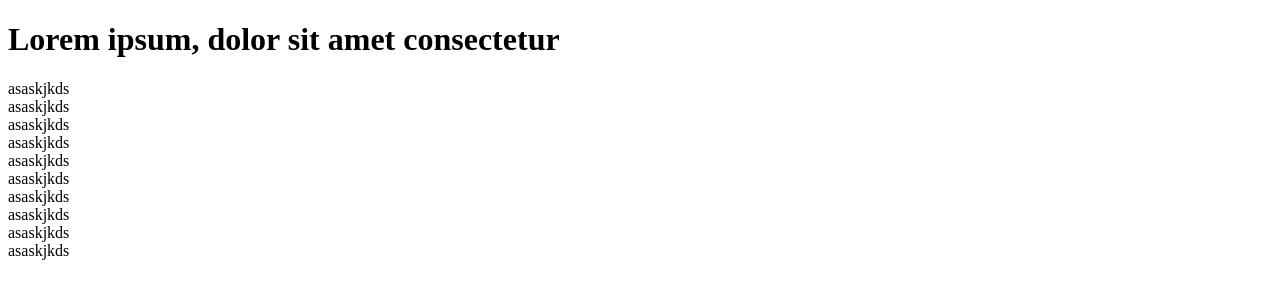
Repository: tongdkhai/Graphic-Art-Mart
Page: test/test.html
The author's editor kept a copy of each file at every save. The page is drawn from the files as they stood at one save, then again after the next save.
The browser window is 1280 px wide. The pictures show the whole page.

Above is the page before, as saved 2022-10-25 17:19:59.

After the next save:
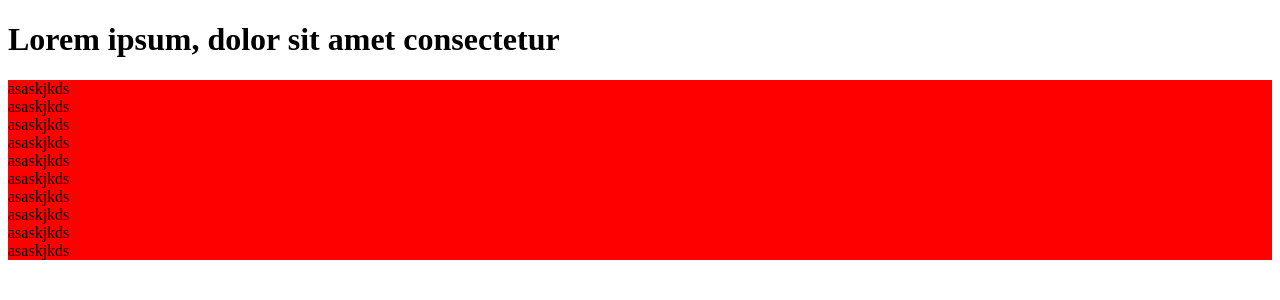
Saved 8 s later.
--- a/test/test.html
+++ b/test/test.html
@@ -16,7 +16,7 @@
     <link rel="stylesheet" href="./flickity-master/css/flickity.css" />
     <style>
       .carousel {
-        background-color: #fff;
+        background-color: red;
       }
     </style>
   </head>

After the save that followed:
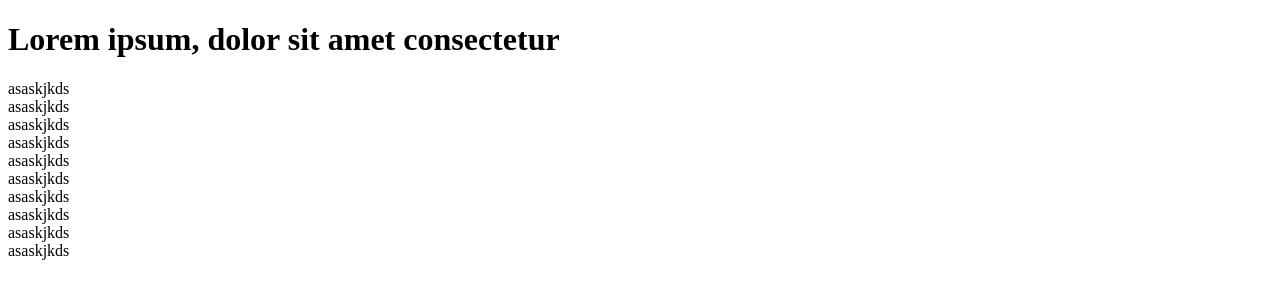
Saved 22 s later.
--- a/test/test.html
+++ b/test/test.html
@@ -17,6 +17,9 @@
     <style>
       .carousel {
         background-color: red;
+      }
+      .carousel-cell {
+        background-color: #fff;
       }
     </style>
   </head>
